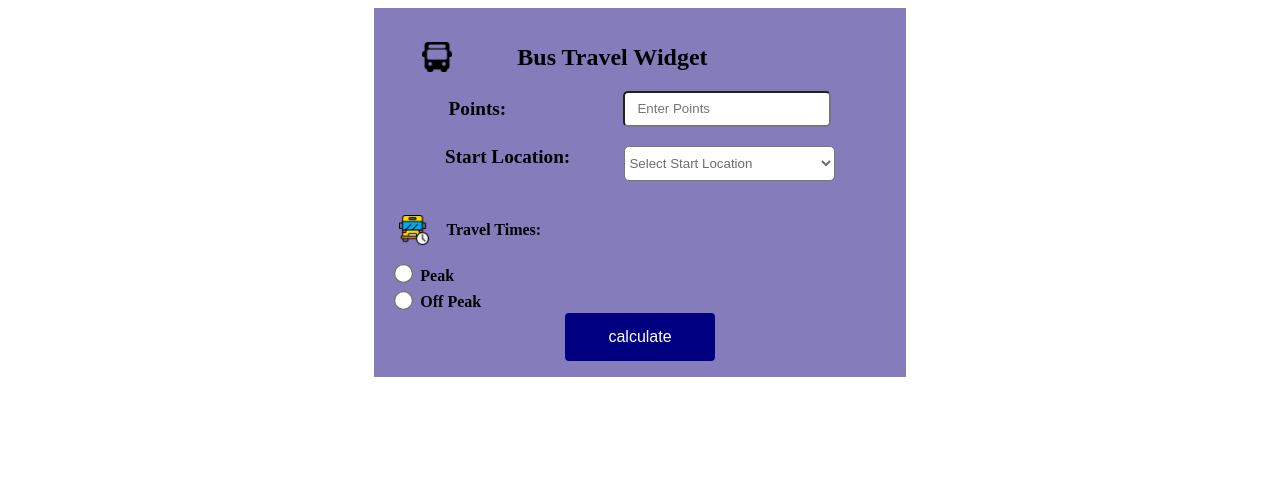
Repository: lasity34/bus_travel
Page: index.html
An editor plug-in stored every save of this project. The page is shown before and after the next save, followed by the edit.
The browser window is 1280 px wide. The pictures show the whole page.

Above is the page before, as saved 2023-05-31 11:02:50.

After the next save:
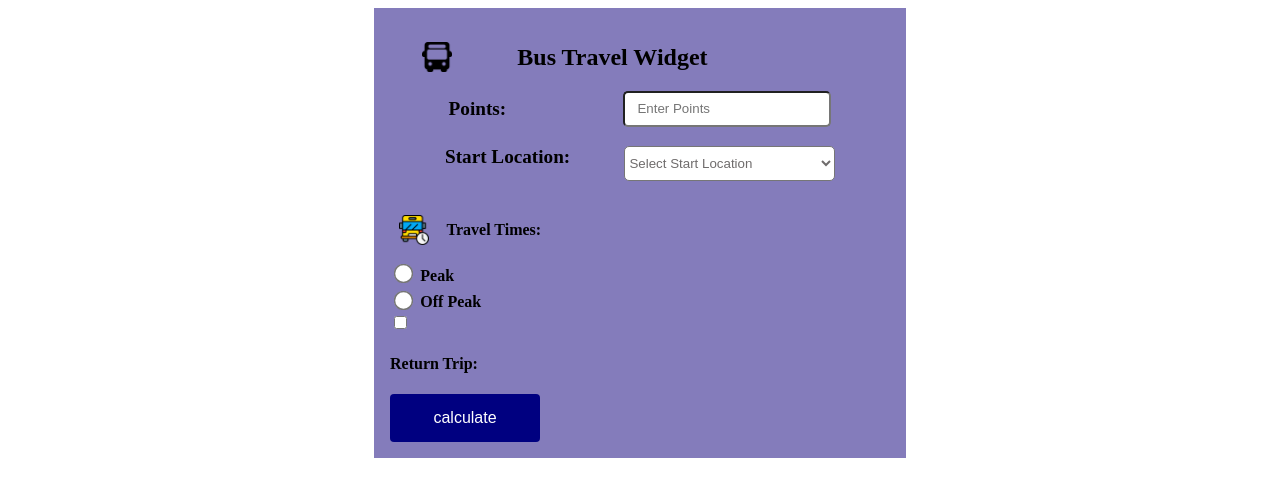
Saved 3 min 20 s later.
--- a/index.html
+++ b/index.html
@@ -45,9 +45,17 @@
             <input type="radio" id="off-peak" name="time" value="off-peak" />
             <label for="off-peak">Off Peak</label><br />
           </div>
+          <div class="check_calculate">
+            <div class="check_box">
+
+                <input type="checkbox" name="return">
+                <h4>Return Trip:</h4>
+            </div>
+              <button class="calculate_btn">calculate</button>
+          </div>
         </div>
       </section>
-      <button class="calculate_btn">calculate</button>
+
       <script src="./bus_travel_factory.js"></script>
       <script src="./bus_travel.js"></script>
     </div>
